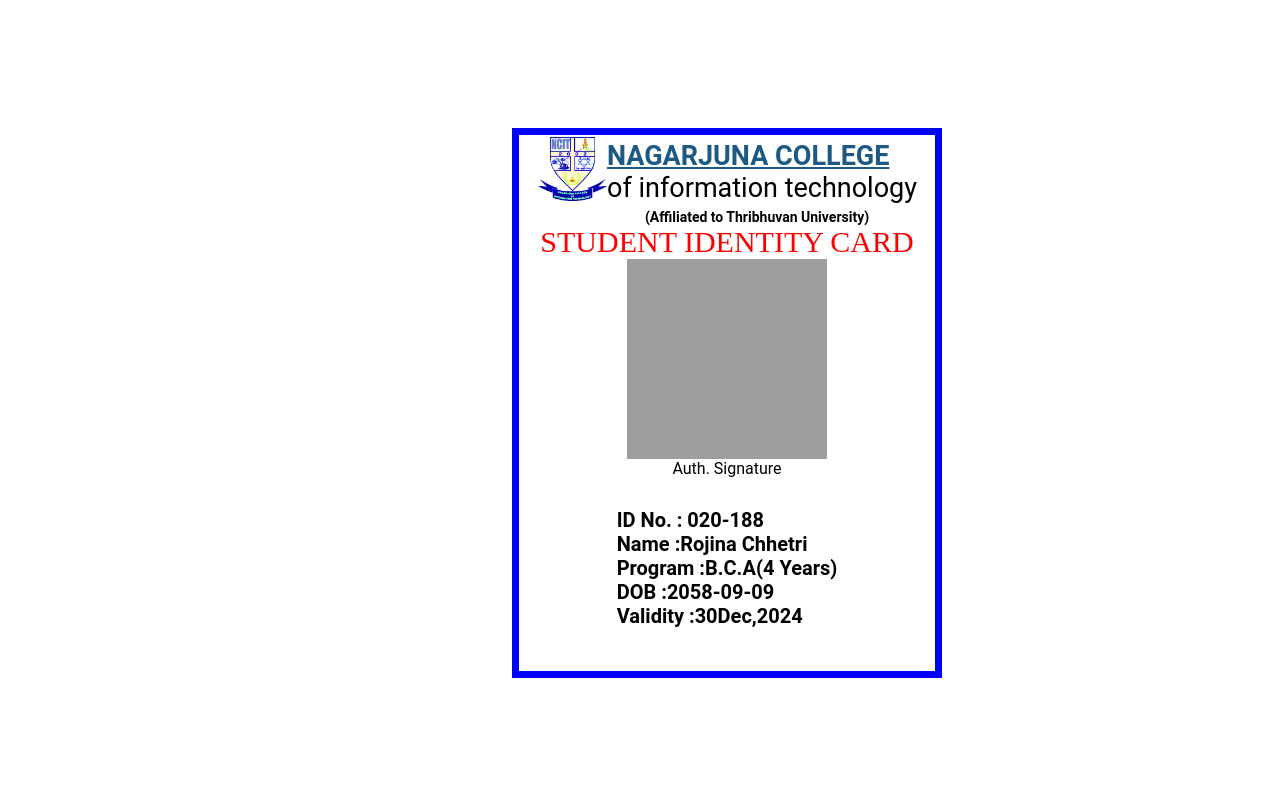
Repository: Rojinachhetri/roji
Page: rojina.html
These files come from the project's save history. The page is drawn as it stood at one moment and after the next save; the edit follows.
The browser window is 1280 px wide. The pictures show the whole page.
Pictures or frames that could not be fetched are drawn as grey boxes.

Above is the page before, as saved 2023-04-24 22:39:31.

After the next save:
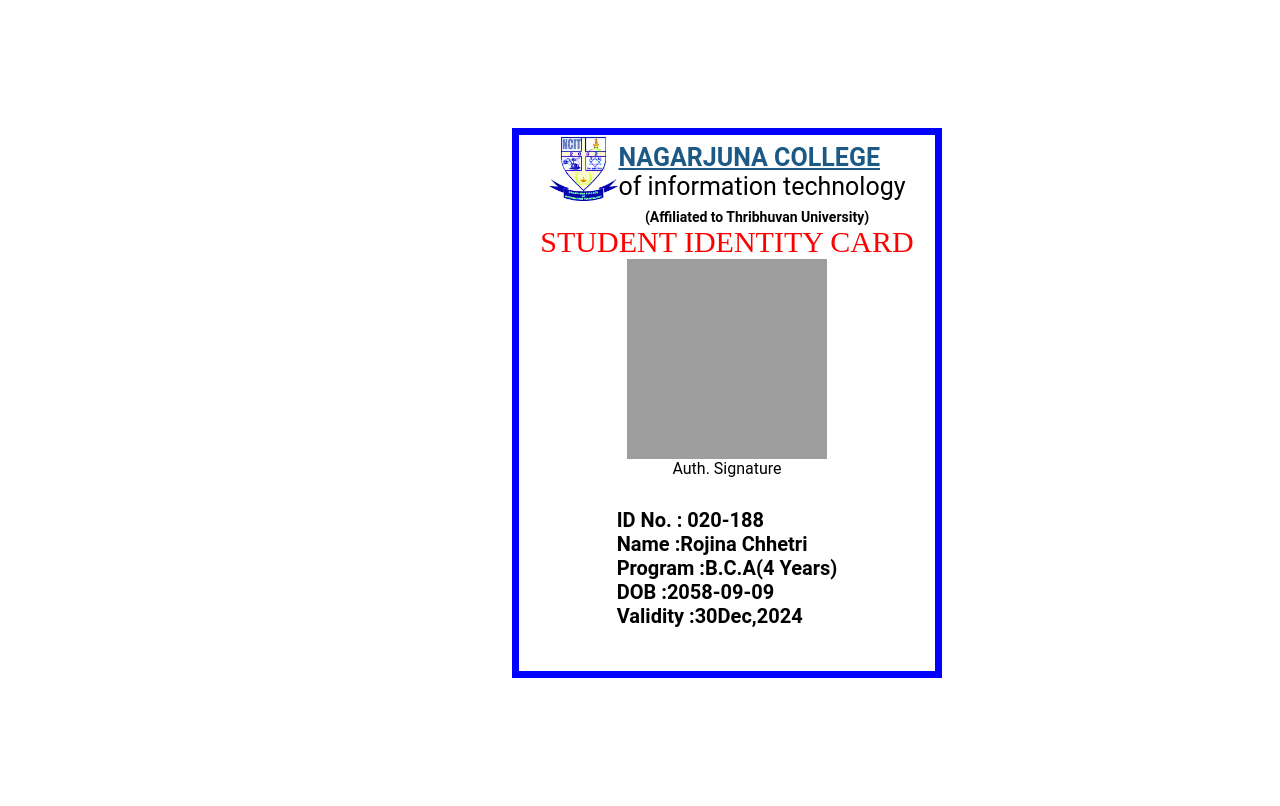
Saved 8 s later.
--- a/rojina.css
+++ b/rojina.css
@@ -23,7 +23,7 @@
     }
 
     .container_text {
-        font-size: 27px;
+        font-size: 25px;
     }
 
     .container_text .name {
